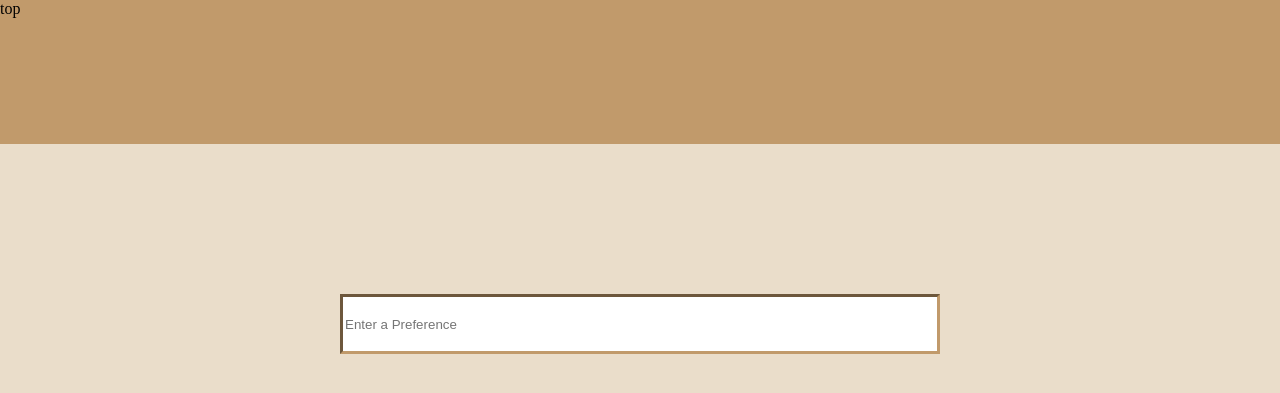
Repository: joshliu14/Travel-Mug
Page: /search
The author's editor kept a copy of each file at every save. The page is drawn from the files as they stood at one save, then again after the next save.
The browser window is 1280 px wide. The pictures show the whole page.
The project was rebuilt for these pictures with package versions that can differ from the ones it lists, and the page was loaded fresh each time.

Above is the page before, as saved 2024-01-02 12:42:43.

### public/index.html
<!DOCTYPE html>
<html lang="en">
  <head>
    <meta charset="utf-8" />
    <link rel="icon" href="%PUBLIC_URL%/favicon.ico" />
    <link rel="stylesheet" href="./index.css" />
    <meta name="viewport" content="width=device-width, initial-scale=1" />
    <meta name="theme-color" content="#000000" />
    <meta
      name="description"
      content="Web site created using create-react-app"
    />
    <link rel="apple-touch-icon" href="%PUBLIC_URL%/logo192.png" />
    <!--
      manifest.json provides metadata used when your web app is installed on a
      user's mobile device or desktop. See https://developers.google.com/web/fundamentals/web-app-manifest/
    -->
    <link rel="manifest" href="%PUBLIC_URL%/manifest.json" />
    <!--
      Notice the use of %PUBLIC_URL% in the tags above.
      It will be replaced with the URL of the `public` folder during the build.
      Only files inside the `public` folder can be referenced from the HTML.

      Unlike "/favicon.ico" or "favicon.ico", "%PUBLIC_URL%/favicon.ico" will
      work correctly both with client-side routing and a non-root public URL.
      Learn how to configure a non-root public URL by running `npm run build`.
    -->
    <title>Travel Mug</title>
  </head>
  <body>
    <noscript>You need to enable JavaScript to run this app.</noscript>
    <div id="root"></div>
    <!--
      This HTML file is a template.
      If you open it directly in the browser, you will see an empty page.

      You can add webfonts, meta tags, or analytics to this file.
      The build step will place the bundled scripts into the <body> tag.

      To begin the development, run `npm start` or `yarn start`.
      To create a production bundle, use `npm run build` or `yarn build`.
    -->
  </body>
</html>

### src/index.js
import React from "react";
import ReactDOM from "react-dom";
import App from "./App";

import { BrowserRouter } from "react-router-dom";

ReactDOM.render(
  <BrowserRouter>
    <App />
  </BrowserRouter>,
  document.getElementById("root")
);

### src/App.js
import React from "react";
import Home from "./Home";

import { Switch, Route } from "react-router-dom";

const App = () => {
  return (
    <Switch>
      <Route exact path="/search">
        <Home />
      </Route>
    </Switch>
  );
};

export default App;

### src/Home.js
import React from "react";
import "./Home.css";

class Search extends React.Component {
  render() {
    return (
      <div>
        <div className="top">top</div>
        <div className="bottom">
          <div className="search-bar-container">
            <input className="search-bar" placeholder="Enter a Preference" />
          </div>
        </div>
      </div>
    );
  }
}

export default Search;

### src/Home.css
.top {
  background-color: #c19a6b;
  display: flex;
  min-width: 100vw;
  min-height: 20vh;
}

.bottom {
  background-color: #eaddca;
  display: flex;
  justify-content: center;
  min-width: 100vw;
  min-height: 80vh;
}

.search-bar-container {
  justify-content: center;
  padding: 150px;
}

.search-bar {
  width: 600px;
  height: 60px;
  box-sizing: border-box;
  border-width: 3px;
  border-color: #c19a6b;
  border-style: inset;
}

### public/index.css
html,
body {
  margin: 0px;
  padding: 0px;
}

After the next save:
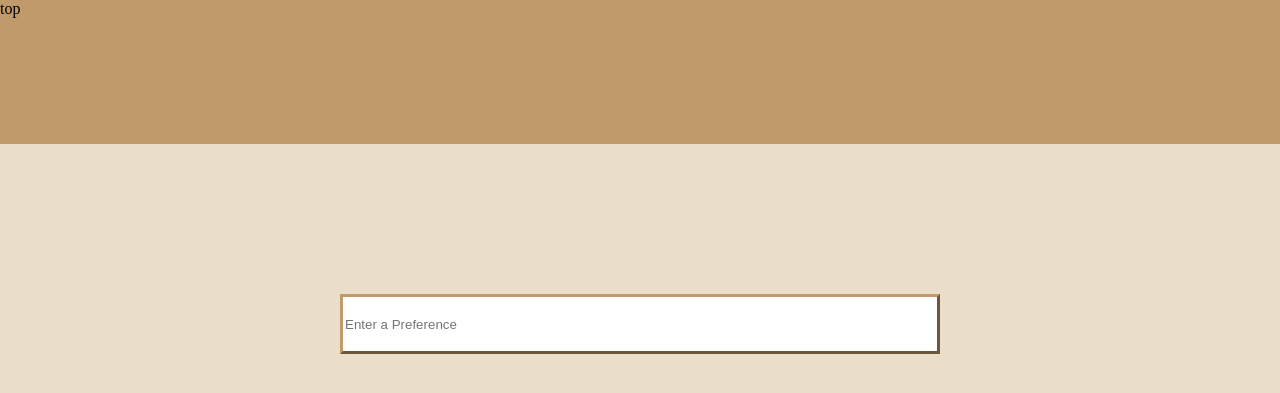
Saved 10 s later.
--- a/src/Home.css
+++ b/src/Home.css
@@ -24,5 +24,5 @@
   box-sizing: border-box;
   border-width: 3px;
   border-color: #c19a6b;
-  border-style: inset;
+  border-style: outset;
 }
